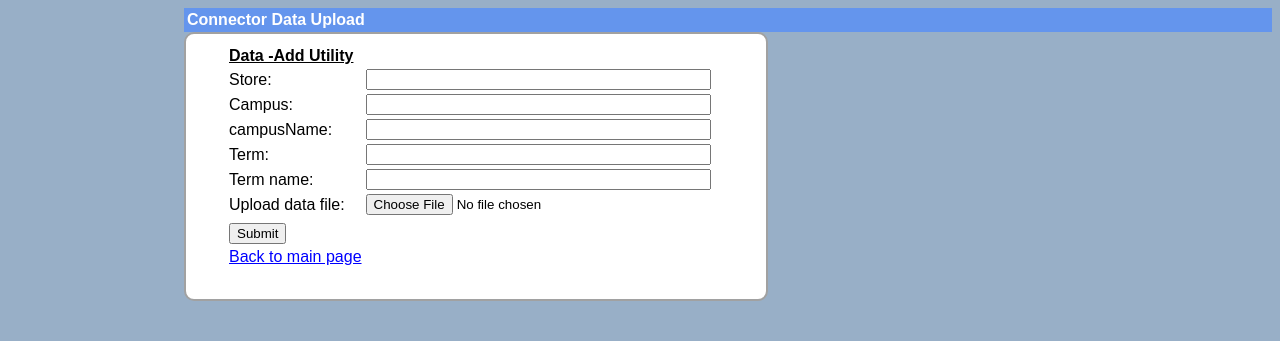
Repository: caditya/Dataupload
Page: http://localhost/connectordata/WEB-INF/views/datainput.jsp
These files come from the project's save history. The page is drawn as it stood at one moment and after the next save; the edit follows.
The browser window is 1280 px wide. The pictures show the whole page.
Some web libraries are served in a nearby version. The page is served by Tomcat 9. Nobody is signed in. The template is opened directly, without the code that normally fills it, so the values that code supplies are empty.

Above is the page before, as saved 2014-07-21 19:48:23.

After the next save:
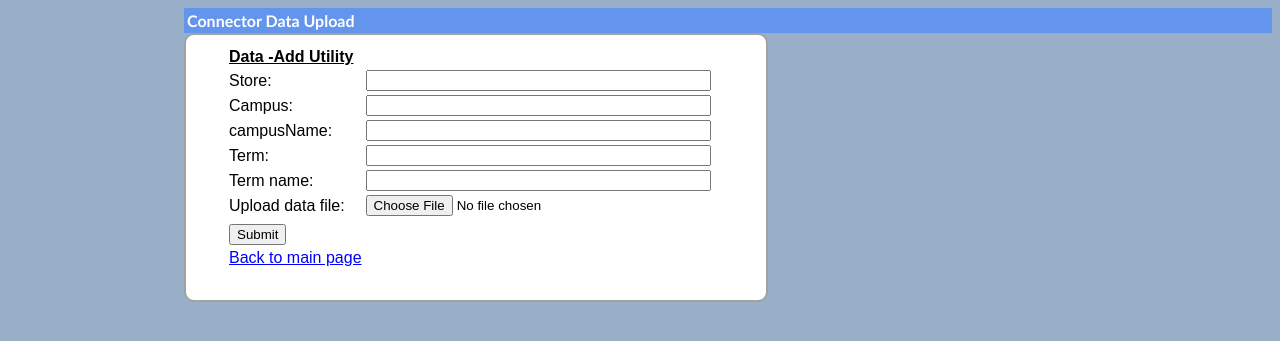
Saved 79 s later.
--- a/QAFileUpload/connectordata/src/main/webapp/resources/css/coffee.css
+++ b/QAFileUpload/connectordata/src/main/webapp/resources/css/coffee.css
@@ -46,7 +46,7 @@ p.pHeading {
      * bottom, text-bottom, length, or a value in percentage
      */
     vertical-align: text-top;
-    font: tahoma;
+    font-family: Calibri, Candara, Segoe, "Segoe UI", Optima, Arial, sans-serif;;
 }
 .font{
 	font: caption;
